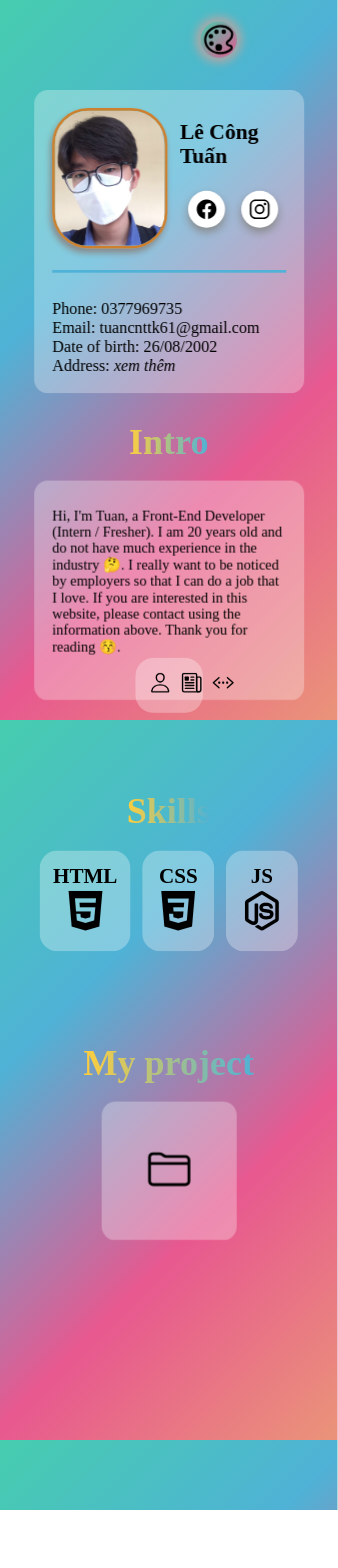
Repository: LeCongTuan2608/Profile
Page: index.html
The author's editor kept a copy of each file at every save. The page is drawn from the files as they stood at one save, then again after the next save.
The browser window is 375 px wide. The pictures show the whole page, at 90% of full size.
Backgrounds fixed to the window are drawn as part of the page. The style sheet was rebuilt from its Sass, Less or Tailwind sources for each picture, by a compiler version that may differ from the author's.

Above is the page before, as saved 2022-05-05 12:43:25.

### index.html
<!DOCTYPE html>
<html lang="en">
   <head>
      <meta charset="UTF-8" />
      <meta http-equiv="X-UA-Compatible" content="IE=edge" />
      <meta name="viewport" content="width=device-width, initial-scale=1.0" />

      <script type="module" src="https://unpkg.com/ionicons@5.5.2/dist/ionicons/ionicons.esm.js"></script>
      <script nomodule src="https://unpkg.com/ionicons@5.5.2/dist/ionicons/ionicons.js"></script>

      <link rel="preconnect" href="https://fonts.googleapis.com" />
      <link rel="preconnect" href="https://fonts.gstatic.com" crossorigin />
      <link href="https://fonts.googleapis.com/css2?family=Pacifico&display=swap" rel="stylesheet" />

      <link href="https://unpkg.com/aos@2.3.1/dist/aos.css" rel="stylesheet" />
      <script src="https://unpkg.com/aos@2.3.1/dist/aos.js"></script>

      <link rel="stylesheet" href="./sass/css/style.css" />
      <title>Profile</title>
   </head>
   <body>
      <div class="container">
         <div class="palette">
            <ion-icon name="color-palette-outline"></ion-icon>
            <div class="list-color">
               <ul>
                  <li class="bgr-color"></li>
                  <li class="bgr-color"></li>
                  <li class="bgr-color"></li>
               </ul>
            </div>
         </div>

         <div class="contents">
            <div data-aos="flip-left" data-aos-duration="1500">
               <div class="card-info">
                  <div class="personal-information">
                     <div class="image">
                        <div class="user-image">
                           <img src="./images/1.JPG" alt="" />
                        </div>
                        <div class="user-intro">
                           <h2>Lê Công Tuấn</h2>
                           <div class="user-intro-navigation">
                              <div class="navigation-fb">
                                 <a href="https://www.facebook.com/profile.php?id=100026041985048"
                                    ><ion-icon name="logo-facebook"></ion-icon
                                 ></a>
                                 <span>facebook</span>
                              </div>
                              <div class="navigation-ins">
                                 <a href="https://www.instagram.com/tuanle2608/"
                                    ><ion-icon name="logo-instagram"></ion-icon
                                 ></a>
                                 <span>instagram</span>
                              </div>
                           </div>
                        </div>
                     </div>
                     <div class="contact">
                        <div class="contact-info">
                           <span>Phone: 0377969735</span>
                           <span>Email: tuancnttk61@gmail.com</span>
                        </div>
                        <div class="contact-info">
                           <span>Date of birth: 26/08/2002</span>
                           <span>Address: <i id="see">xem thêm</i></span>
                        </div>
                     </div>
                  </div>
               </div>
            </div>
            <div class="card-intro">
               <div class="intro-yourself">
                  <div class="title">
                     <div data-aos="fade-up" data-aos-duration="1000">
                        <h1>Intro</h1>
                     </div>
                  </div>
                  <div data-aos="flip-down" data-aos-duration="1000">
                     <div class="intro-content">
                        <p>
                           Hi, I'm Tuan, a Front-End Developer (Intern / Fresher). I am 20 years old and do not have
                           much experience in the industry 🤔. I really want to be noticed by employers so that I can do
                           a job that I love. If you are interested in this website, please contact using the
                           information above. Thank you for reading 😚.
                        </p>
                     </div>
                  </div>
               </div>

               <div class="my-skills">
                  <div class="title">
                     <div data-aos="fade-down" data-aos-easing="linear" data-aos-duration="300">
                        <h1>Skills</h1>
                     </div>
                  </div>
                  <div class="skills-content">
                     <div class="list-skills">
                        <div data-aos="fade-right">
                           <h3>HTML</h3>
                           <ion-icon name="logo-html5"></ion-icon>
                        </div>

                        <div data-aos="fade-down">
                           <h3>CSS</h3>
                           <ion-icon name="logo-css3"></ion-icon>
                        </div>

                        <div data-aos="fade-left">
                           <h3>JS</h3>
                           <ion-icon name="logo-nodejs"></ion-icon>
                        </div>
                     </div>
                  </div>
               </div>

               <div class="my-project">
                  <div class="title">
                     <div data-aos="fade-up" data-aos-anchor-placement="bottom-bottom">
                        <h1>My project</h1>
                     </div>
                  </div>
                  <div class="project-box">
                     <div data-aos="zoom-in">
                        <div class="box">
                           <ion-icon name="folder-outline"></ion-icon>
                        </div>
                     </div>
                  </div>
               </div>
            </div>
         </div>

         <div class="box-container">
            <div class="list-project">
               <div class="close">
                  <ion-icon name="close-circle-outline"></ion-icon>
               </div>

               <ul>
                  <li>
                     <a href="https://lecongtuan2608.github.io/Youtube/">https://lecongtuan2608.github.io/Youtube/</a>
                  </li>
                  <li><a href="https://lecongtuan2608.github.io/music/">https://lecongtuan2608.github.io/music/</a></li>
               </ul>
            </div>
         </div>
         <div class="toolbar">
            <div class="tollbar-list">
               <ul>
                  <li><ion-icon name="person-outline"></ion-icon></li>
                  <li><ion-icon name="newspaper-outline"></ion-icon></li>
                  <li><ion-icon name="code-working-outline"></ion-icon></li>
               </ul>
            </div>
         </div>
      </div>
   </body>
   <script>
      AOS.init();
   </script>
   <script src="./js/app.js"></script>
</html>

### js/app.js
const open_project = document.querySelector('.box');
const box_container = document.querySelector('.box-container');
const close_box = document.querySelector('.close');
const list_project = document.querySelector('.list-project');
open_project.addEventListener('click', function () {
   box_container.classList.add('open');
});
close_box.addEventListener('click', function () {
   box_container.classList.remove('open');
});
box_container.addEventListener('click', function () {
   box_container.classList.remove('open');
});
list_project.addEventListener('click', function (event) {
   event.stopPropagation();
});

const palette = document.querySelector('.palette');
var bgr_colors = document.querySelectorAll('.bgr-color');
const container = document.querySelector('.container');
const text_colors = document.querySelectorAll('.title h1');
function bgr_change() {
   for (let i = 0; i < bgr_colors.length; i++) {
      bgr_colors[i].addEventListener('click', function () {
         bgr_colors = i;
         if (bgr_colors == 0) {
            for (let text_color of text_colors) {
               text_color.classList.remove('text-color-2');
               text_color.classList.remove('text-color-3');
               text_color.classList.add('text-color-1');
            }
            container.classList.remove('bgr-color-2');
            container.classList.remove('bgr-color-3');
            container.classList.add('bgr-color-1');
         } else if (bgr_colors == 1) {
            for (let text_color of text_colors) {
               text_color.classList.remove('text-color-1');
               text_color.classList.remove('text-color-3');
               text_color.classList.add('text-color-2');
            }
            container.classList.remove('bgr-color-1');
            container.classList.remove('bgr-color-3');
            container.classList.add('bgr-color-2');
         } else if (bgr_colors == 2) {
            for (let text_color of text_colors) {
               text_color.classList.remove('text-color-1');
               text_color.classList.remove('text-color-2');
               text_color.classList.add('text-color-3');
            }
            container.classList.remove('bgr-color-1');
            container.classList.remove('bgr-color-2');
            container.classList.add('bgr-color-3');
         }
      });
   }
}
bgr_change();

### sass/style.scss
*{
    margin: 0;
    padding: 0;
}
html{
    width: 100%;
    height: 100%;
    padding: 0;
    margin: 0;
    font-family: 'Fredoka One', cursive;

}
body{
    width: 100%;
    height: auto;

}
.container{
    padding-top: 100px;
    padding-bottom: 200px;
    width: 100%;
    height: auto;
    position: relative;
    background-image: linear-gradient(-45deg, #ea9479, #e7588f, #4fb2d6, #46cdae);
    background-attachment: fixed;
}
.bgr-color-1{
    background-image: linear-gradient(90deg, #74EBD5 0%, #9FACE6 100%);
    background-attachment: fixed;
}
.bgr-color-2{
    background-image: linear-gradient(to right, #eea2a2 0%, #bbc1bf 19%, #57c6e1 42%, #b49fda 79%, #7ac5d8 100%);
    background-attachment: fixed;
}
.bgr-color-3{
    background-image: linear-gradient(to top, #88d3ce 0%, #6e45e2 100%);
    background-attachment: fixed;
}
.palette{
    position: fixed;
    top: 3%;
    right: 5%;
    font-size: 40px;
}
.list-color ul{
    position: absolute;
}
.palette:hover ul li{
    display: block;
}
// chọn màu bgr
.list-color ul li:first-child{
    margin-bottom: 10px;
    background-image: linear-gradient(90deg, #74EBD5 0%, #9FACE6 100%);
}
.list-color ul li:nth-of-type(2){
    margin-bottom: 10px;
    background-image: linear-gradient(to right, #eea2a2 0%, #bbc1bf 19%, #57c6e1 42%, #b49fda 79%, #7ac5d8 100%);
}
.list-color ul li:last-child{
    background-image: linear-gradient(to top, #88d3ce 0%, #6e45e2 100%);

}

.list-color ul li{
    list-style-type: none;
    display: none;
    width: 40px;
    height: 40px;
    border-radius: 100rem;
    box-shadow: #3d3d3d -1px 2px 5px 2px;

}
.toolbar{
    width:  20%;
    border-radius: 20px;
    position: fixed;
    font-size: 25px;
    left: 50%;
    transform: translateX(-50%);
    bottom: 1%;
    background-color: rgba($color: white, $alpha: 0.3);
}
.tollbar-list{
    padding: 10px;
}
.toolbar ul{
    display: flex;
    justify-content: space-around;
}
.toolbar ul li {
    list-style-type: none;
    display: inline;
    border-radius: 100rem;
    cursor: pointer;
}
.toolbar ul li ion-icon{
    padding: 5px;
}
.toolbar ul li:hover {
background-color: #a5e296;
}
.palette ion-icon{
    background-image: linear-gradient(-45deg, #e7588f,#46cdae);
    border-radius: 100rem;
    box-shadow: #a9a9a9 0px 0px 10px 6px;
    cursor: pointer;
}
.contents{
    width: 100%;
    display: flex;
    flex-wrap: wrap;
    align-content: center;
    flex-direction: column;
}
.contents > div{
    width: 60%;
}
.card-info{
    background-color: rgba($color: white, $alpha: 0.3);
    border-radius: 15px;
}
.personal-information{
    padding: 20px;
    display: flex;

}
.image{
    display: flex;
    flex: 1;
    border-right: 3px solid;
    border-color:#4fb2d6;
    padding-right: 20px;
}
.user-image{
    width: 150px;
    height: 150px;
    // border: 3px solid;
    // border-image-source: linear-gradient(to top, #f64f59, #9634c8);
    // border-image-slice :1;
}
.user-image img{
    width: 100%;
    height: 100%;
    object-fit: cover;
    border-radius: 40px;
    border: solid;
    border-color: #cd802e;
    box-shadow: rgb(137, 137, 137) -2px 5px 7px 0px;


}
.user-intro{
    display: flex;
    margin-left: 20px;
    flex-direction: column;
    justify-content: space-around;
}
.user-intro-navigation{
    display: flex;
    justify-content: space-around;
}
.user-intro-navigation a{
    color: black;
    text-decoration: none;
}
.user-intro-navigation a > ion-icon{
    font-size: 25px;
    border-radius: 100rem;
    padding: 8px;
    background-color: white;
    box-shadow: rgb(137, 137, 137) 0px 5px 10px 0px;
}
.navigation-fb{
    position: relative;
}
.navigation-fb span{
    display: none;
}
.navigation-fb a > ion-icon:hover{
    background-color: rgb(153, 159, 248);
}
.navigation-fb:hover span{
    position: absolute;
    display: block;
    background-color: rgb(153, 159, 248);
    border-radius: 40px;
    padding: 5px;
    font-size: 18px;
    top: -95%;
    left: -50%;
    font-weight: 700;
    animation: intro ease 0.5s;
    z-index: 2;
}
.navigation-fb:hover::after{
    position: absolute;
    content: "";
    width: 13px;
    height: 13px;
    background-color: rgb(153, 159, 248);
    clip-path: polygon(50% 100%, 0 0, 100% 0);
    top: -25%;
    left: 30%;
    animation: intro ease 0.5s;
    z-index: 1;
}


.navigation-ins{
    position: relative;
}
.navigation-ins span{
    display: none;
}
.navigation-ins a > ion-icon:hover{
    background-color: rgb(64, 173, 177);
}
.navigation-ins:hover span{
    position: absolute;
    display: block;
    background-color: rgb(64, 173, 177);
    border-radius: 40px;
    padding: 5px;
    font-size: 18px;
    top: -95%;
    left: -50%;
    font-weight: 700;
    animation: intro ease 0.5s;
    z-index: 2;
}
.navigation-ins:hover::after{
    position: absolute;
    content: "";
    width: 13px;
    height: 13px;
    background-color: rgb(64, 173, 177);
    clip-path: polygon(50% 100%, 0 0, 100% 0);
    top: -25%;
    left: 30%;
    animation: intro ease 0.5s;
    z-index: 1;
}
.contact{
    flex: 1;
    display: flex;
    padding-left: 20px;
}
.contact-info{
    flex: 1;
    display: flex;
    flex-direction: column;
    justify-content: space-around;
}
.contact-info span{
    font-size: 18px;
    overflow: hidden;
}

.card-intro{
    margin-top: 30px;
    width: 60%;

}
.intro-yourself{
    margin: 30px 0 100px 0;
}
.title{
    text-align: center;
    margin-bottom: 20px;
    font-size: 20px;
}
.title h1{
    display: inline-block;
    background-image: linear-gradient( to right,#ffce3d, #4fb2d6);
    color: transparent;
    -webkit-background-clip: text;
    background-clip: text;
}
// đổi màu text
.text-color-1{
    background-image: linear-gradient(-225deg, #AC32E4 0%, #7918F2 48%, #4801FF 100%) !important;
}
.text-color-2{
    background-image: linear-gradient(-225deg, #A445B2 0%, #D41872 52%, #FF0066 100%) !important;
}
.text-color-3{
    background-image: linear-gradient(to top, #50cc7f 0%, #f5d100 100%) !important;
}

//===============
.intro-content{
    padding: 30px 20px 50px 20px;
    background-color: rgba($color: white, $alpha: 0.3);
    border-radius: 15px;
}

.my-skills {
    margin: 30px 0 100px 0;
}
.skills-content .list-skills{
    display: flex;
    justify-content: space-around;
}
.skills-content .list-skills div{
    padding: 5%;
    border-radius: 20px;
    background-color: rgba(255, 255, 255, 0.3);
    list-style-type: none;
    display: inline;
    text-align: center;
    font-size: 20px;
}

.skills-content .list-skills div ion-icon{
    font-size: 50px;
}
.my-project{
    margin: 30px 0 100px 0;

}
.project-box{
    display: flex;
    justify-content: center;
}
.box{
    background-color: rgba($color: white, $alpha: 0.3);
    border-radius: 15px;
    text-align: center;
    cursor: pointer;
}
.box:hover{
    transition-duration: 0.5s;
    transform: scale(1.1, 1.1);
    box-shadow: rgba(130, 130, 130, 0.773) 0px 1px 5px 2px;
}
.box > ion-icon{
    font-size: 50px;
    padding: 50px;
}
.box-container{
    position: fixed;
    top:0;
    left: 0;
    right: 0;
    bottom: 0;
    background-color: rgba( rgb(186, 186, 186), 0.5);
    display: none;
}
.open{
    display: block;
}
.list-project{
    position: absolute;
    left: 30%;
    right: 30%;
    top: 50%;
    transform: translateY(-50%);
    border-radius: 15px;
    background-color: white;
    box-shadow: rgb(137, 137, 137) 0px 5px 10px 0px;
    text-align: center;
    animation: intro ease 1s;

}
.close{
    position: absolute;
    width: 30px;
    height: 30px;
    right: 2%;
    top: 2%;
    font-size: 25px;
    cursor: pointer;
}
.list-project ion-icon:hover{
    color: red;
    border-radius: 100rem;

}
.list-project ul{
    padding: 50px 10px 30px 10px;
}
.list-project ul li{
    list-style-type: none;
}
.list-project ul li a{
    text-decoration: none;
    color: black;
}
.list-project ul li a:hover{
    color: rgb(53, 138, 213);
}
@keyframes intro{
    from {
        transform: translateY((100%));
    }
    to{
        transform: translateY((-50%));
    }
}
@media screen and (max-width:1060px) {
    .contents {
        display: block;
    }
    .contents > div{
        margin: 0 10% 0 10%;
        width: 80%;
    }
}
@media screen and (max-width:820px) {
    .contents {
        display: block;
    }
    .personal-information{
        display: block;
    }
    .image{
        border-right: none;
        border-bottom: 3px solid;
        border-color: #4fb2d6;
        padding-right: 0;
        padding-bottom: 30px;
    }
    .contact{
        padding-top: 30px;
        padding-left: 0px;

    }
}
@media screen and (max-width:567px){
    .image{
        border-right: none;
        border-bottom: 3px solid;
        border-color: #4fb2d6;
        padding-right: 0;
        padding-bottom: 30px;
    }
    .contact{
        padding-top: 30px;
        display: block;
    }
}
@media screen and (max-width:391px){
    .palette{
        position: fixed;
        top: 3%;
        right: 30%;
        font-size: 40px;
    }
}

After the next save:
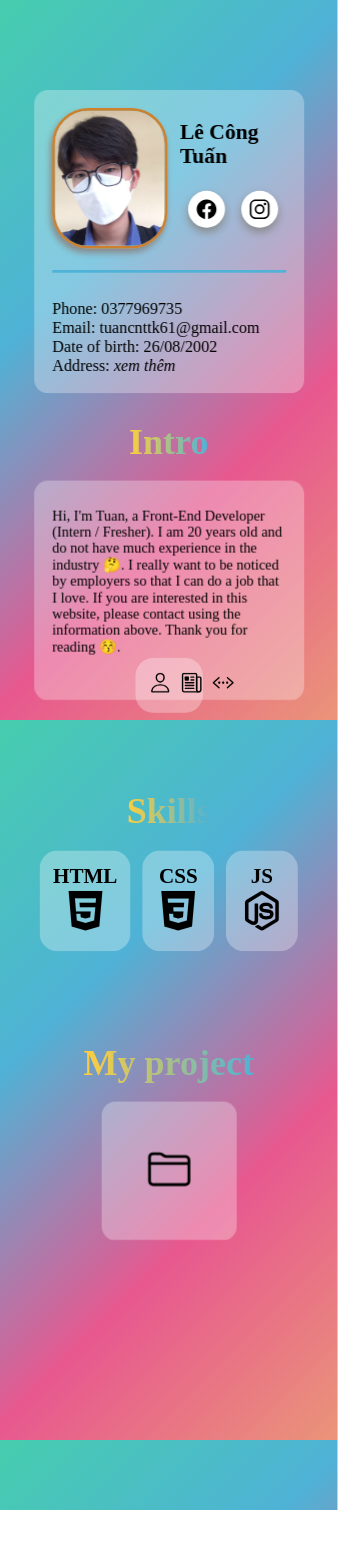
Saved 15 s later.
--- a/sass/style.scss
+++ b/sass/style.scss
@@ -442,9 +442,6 @@ background-color: #a5e296;
 }
 @media screen and (max-width:391px){
     .palette{
-        position: fixed;
-        top: 3%;
-        right: 30%;
-        font-size: 40px;
-    }
-}
+    display: none;
+    }
+}
